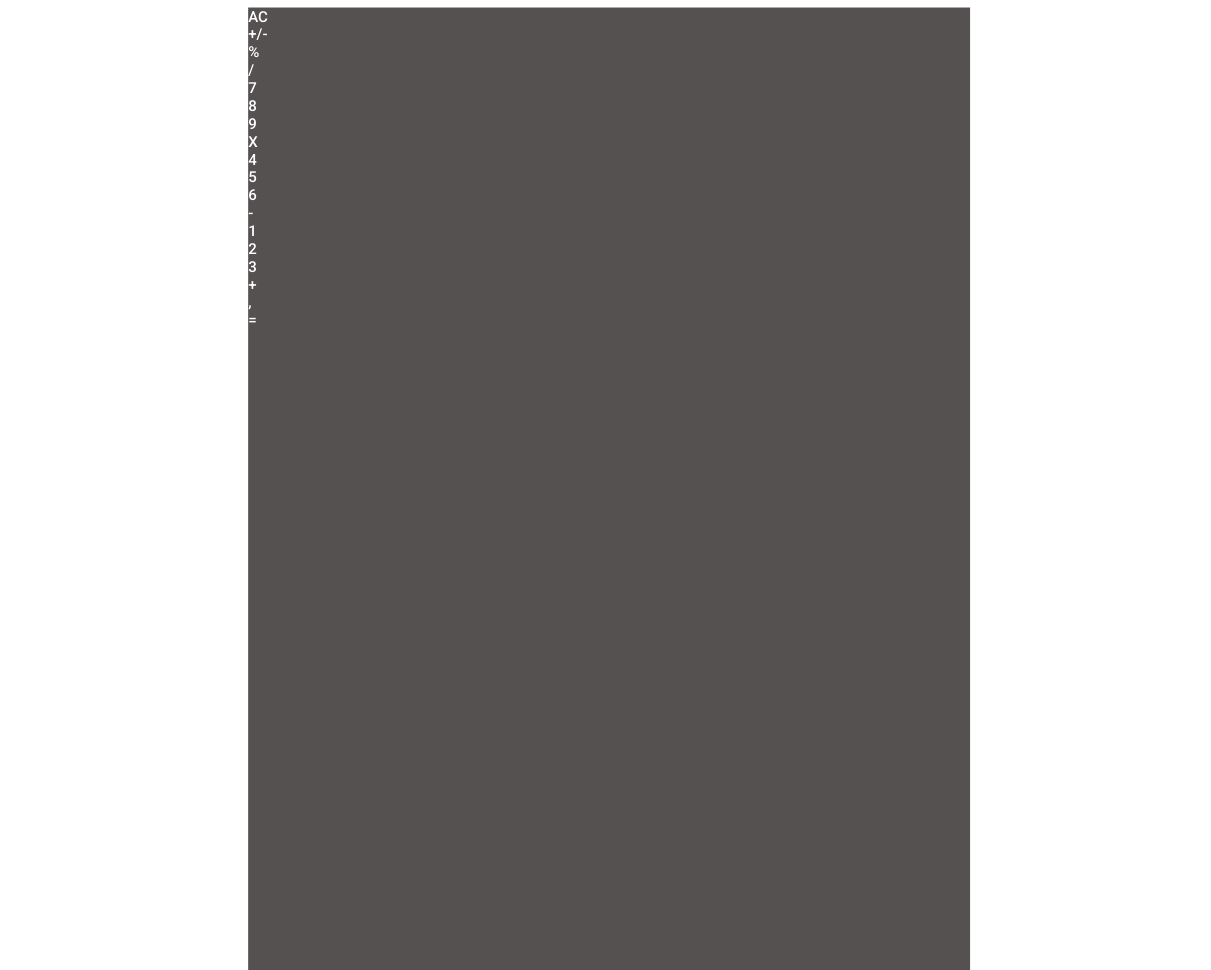
Repository: maciekto/calculatorOOP
Page: index.html
These files come from the project's save history. The page is drawn as it stood at one moment and after the next save; the edit follows.
The browser window is 1280 px wide. The page is 1288 px wide, so the pictures cover 1288 px, including what lies to the right of the window. The pictures show the whole page, at 94% of full size.

Above is the page before, as saved 2022-06-19 18:50:21.

### index.html
<!DOCTYPE html>
<html lang="en">
<head>
    <meta charset="UTF-8">
    <meta http-equiv="X-UA-Compatible" content="IE=edge">
    <meta name="viewport" content="width=device-width, initial-scale=1.0">
    <title>Document</title>
    <link rel="stylesheet" href="css.css">


</head>
<body>
    <main>
        <div class="Calc">
            <div class="Calc__result"></div>

            <div class="Calc__reset">
                AC
            </div>
            <div class="Calc__opposite">
                +/-
            </div>
            <div class="Calc__percentages">
                %
            </div>
            <div class="Calc__divide">
                /
            </div>

            <div class="Calc__7">7</div>
            <div class="Calc__8">8</div>
            <div class="Calc__9">9</div>
            <div class="Calc__multiply">
                X
            </div>

            <div class="Calc__4">4</div>
            <div class="Calc__5">5</div>
            <div class="Calc__6">6</div>
            <div class="Calc__substraction">
                -
            </div>

            <div class="Calc__1">1</div>
            <div class="Calc__2">2</div>
            <div class="Calc__3">3</div>
            <div class="Calc__addition">
                +
            </div>

            <div class="Calc__0"></div>
            <div class="Calc__comma">,</div>
            <div class="Calc__isequal">
                =
            </div>

        </div>
    </main>

    <script src="js.js"></script>
</body>
</html>

### css.css
@import url('https://fonts.googleapis.com/css2?family=Roboto:wght@400;500;700&display=swap');

* {
    font-family: 'Roboto', sans-serif;
    font-weight: 500;
}

main {
    width: 100vw;
    height: 100vh;
    display: grid;
    place-items: center;
}

.Calc {
    max-width: 60vw;
    width: 60vw;
    height: 80vw;
    background: #545150;
    color: white;
}

### js.js
console.log('siemano')

After the next save:
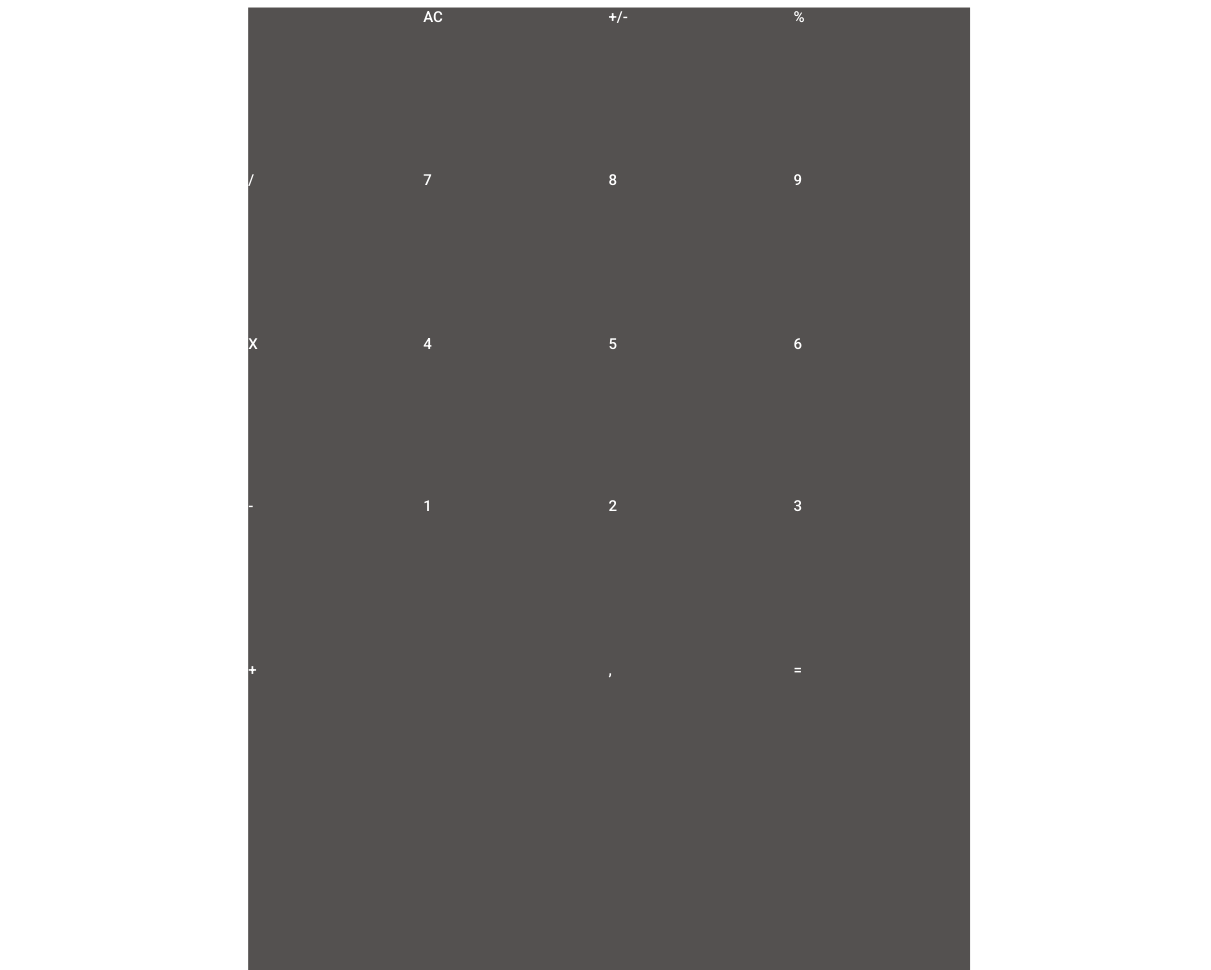
Saved 2 min 15 s later.
--- a/css.css
+++ b/css.css
@@ -18,4 +18,13 @@ main {
     height: 80vw;
     background: #545150;
     color: white;
+    display: grid;
+    grid-template-areas:
+    "result result result result"
+    "reset opposite percentages divide"
+    "7 8 9 multiply"
+    "4 5 6 substraction"
+    "1 2 3 addition"
+    "0 0 comma isequal"
+    ;
 }
